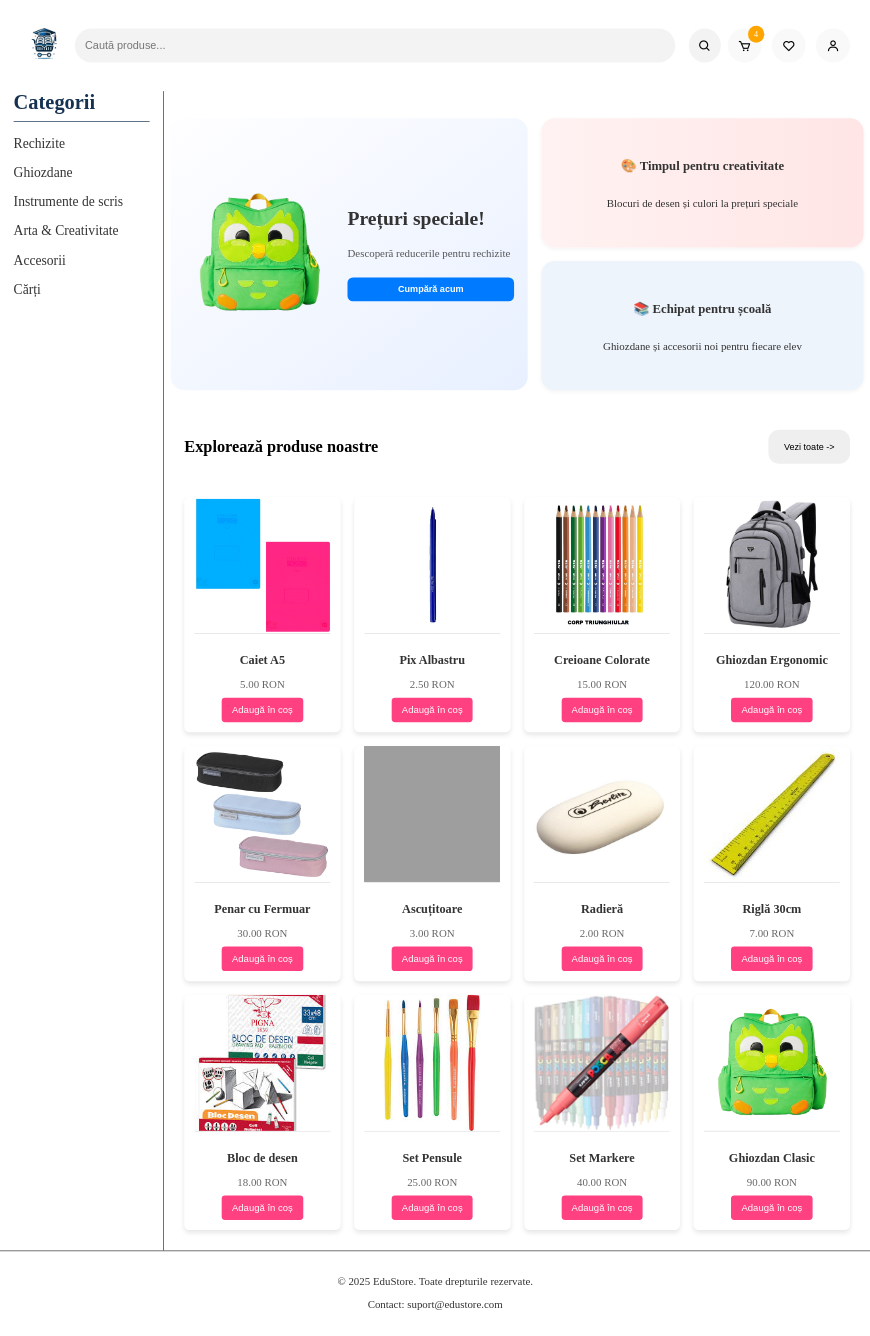
Repository: Roxana5504/WebDev-Project
Page: frontend/index.html
An editor plug-in stored every save of this project. The page is shown before and after the next save, followed by the edit.
The browser window is 1280 px wide. The pictures show the whole page, at 68% of full size.
Pictures or frames that could not be fetched are drawn as grey boxes.

Above is the page before, as saved 2025-04-23 16:55:01.

### frontend/index.html
<!DOCTYPE html>
<html lang="ro">
  <head>
    <meta charset="UTF-8" />
    <meta name="viewport" content="width=device-width, initial-scale=1.0" />
    <title>Căutare Produse</title>
    <link rel="stylesheet" href="/styles.css" />
    <link
      href="https://cdn.jsdelivr.net/npm/boxicons@2.1.4/css/boxicons.min.css"
      rel="stylesheet"
    />
  </head>

  <body>
    <header class="container-header">
      <div class="logo">
        <img src="/backend/images/logoDWS.png" alt="EduStore" />
      </div>

      <div class="search-bar">
        <button class="sidebar-toggle" id="sidebar-toggle">
          <i class="bx bx-menu"></i>
        </button>
        <input type="text" id="search-input" placeholder="Caută produse..." />
        <button class="search-btn" id="search-btn">
          <i class="bx bx-search"></i>
        </button>
      </div>

      <div class="header-icons">
        <div class="header-icon">
          <span class="cart-items">4</span>
          <i class="bx bx-cart"></i>
        </div>
        <div class="header-icon">
          <i class="bx bx-heart"></i>
        </div>
        <div class="header-icon profile">
          <i class="bx bx-user"></i>
        </div>
      </div>
    </header>

    <div class="main-content">
      <aside class="sidebar">
        <h2>Categorii</h2>
        <ul>
          <li>Rechizite</li>
          <li>Ghiozdane</li>
          <li>Instrumente de scris</li>
          <li>Arta & Creativitate</li>
          <li>Accesorii</li>
          <li>Cărți</li>
        </ul>
      </aside>

      <div class="container">
        <section class="banner">
          <div class="banner-left">
            <div class="banner-left-content">
              <div class="img-cont">
                <img src="/backend/images/gh.jpg" alt="Oferta specială" />
              </div>

              <div class="banner-text">
                <h2>Prețuri speciale!</h2>
                <p>Descoperă reducerile pentru rechizite</p>
                <button class="buy-now-btn" id="buy-now-btn">
                  Cumpără acum
                </button>
              </div>
            </div>
          </div>

          <div class="banner-right">
            <div class="banner-right-up">
              <h3>🎨 Timpul pentru creativitate</h3>
              <p>Blocuri de desen și culori la prețuri speciale</p>
            </div>
            <div class="banner-right-down">
              <h3>📚 Echipat pentru școală</h3>
              <p>Ghiozdane și accesorii noi pentru fiecare elev</p>
            </div>
          </div>
        </section>

        <section class="products">
          <div class="products-explore-line">
            <h2>Explorează produse noastre</h2>
            <button class="all-products-button">Vezi toate -></button>
          </div>
          <div id="product-list" class="product-list"></div>
        </section>
      </div>
    </div>
    <footer>
      <p>&copy; 2025 EduStore. Toate drepturile rezervate.</p>
      <p>Contact: suport@edustore.com</p>
    </footer>
    <script src="script.js"></script>
  </body>
</html>

### frontend/styles.css
/*CSS Roxana*/
html,
body {
  height: 100%;
  margin: 0;
  padding: 0;
}

.modal-overlay {
  position: fixed;
  top: 0;
  left: 0;
  right: 0;
  bottom: 0;
  background: rgba(0, 0, 0, 0.6);
  display: flex;
  align-items: center;
  justify-content: center;
  padding: 20px;
  z-index: 9999;
  overflow-y: auto;
  box-sizing: border-box;
}

.modal-content {
  display: flex;
  flex-direction: column;
  background: white;
  padding: 20px;
  border-radius: 10px;
  max-width: 800px;
  width: 100%;
  max-height: 90vh;
  overflow-y: auto;
  position: relative;
  box-sizing: border-box;
  align-items: center;
}

.modal-buttons {
  align-items: center;
  display: flex;
  gap: 10px;
  margin-top: 20px;
}

.modal-content button {
  background-color: black;
  color: white;
  font-weight: bold;
  border: none;
  padding: 12px 16px;
  border-radius: 5px;
}

.close-btn {
  position: absolute;
  top: 10px;
  right: 15px;
  font-size: 24px;
  cursor: pointer;
  color: red;
}

.modal-products {
  display: flex;
  flex-wrap: wrap;
  gap: 20px;
}

.modal-product-card {
  width: 200px;
  border: 1px solid #eee;
  border-radius: 10px;
  padding: 10px;
  text-align: center;
}

.modal-product-card img {
  max-width: 100%;
  height: auto;
  border-radius: 5px;
}

.container-header {
  padding: 30px;
  display: flex;
  align-items: center;
  justify-content: space-between;
  width: 100%;
  box-sizing: border-box;
  flex-wrap: wrap;
  gap: 10px;
}

.logo img {
  height: 70px;
  cursor: pointer;
}

.search-bar {
  flex: 1;
  gap: 20px;
  display: flex;
  align-items: center;
  position: relative;
  max-width: 1000px;
}

.search-btn {
  width: 50px;
  height: 50px;
  border-radius: 100%;
  border: none;
  background-color: #f3f3f3;
  display: flex;
  justify-content: center;
  align-items: center;
  cursor: pointer;
  font-size: 20px;
}

.search-bar input {
  min-width: 200px;
  width: 100%;
  height: 50px;
  padding: 10px 15px;
  border-radius: 50px;
  border: none;
  background-color: #f3f3f3;
  font-size: 16px;
  outline: none;
  box-sizing: border-box;
}

.header-icons {
  display: flex;
  align-items: center;
  gap: 15px;
}

.header-icon {
  position: relative;
  width: 50px;
  height: 50px;
  background-color: #f9f9f9;
  border-radius: 50%;
  display: flex;
  justify-content: center;
  align-items: center;
  cursor: pointer;
}

.header-icon i {
  font-size: 20px;
  color: black;
}

.cart-items {
  position: absolute;
  top: -4px;
  right: -4px;
  background-color: orange;
  color: white;
  font-size: 12px;
  border-radius: 100%;
  padding: 5px 9px;
}

.main-content {
  display: flex;
  flex: 1;
  box-sizing: border-box;
  justify-content: left;
}

.container {
  flex: 1;
  width: 100%;
  margin: 0px auto;
  display: flex;
  flex-direction: column;
  padding: 10px;
  max-width: 1200px;
  box-sizing: border-box;
  min-height: 100dvh;
  justify-content: flex-start;
}

.sidebar {
  max-width: 500px;
  position: relative;
  z-index: 99;
  width: 200px;
  padding: 0px 20px;
  transition: transform 0.3s ease;
  border-right: 1px solid;
  border-right: 1px solid rgb(22, 50, 82);
}

.sidebar h2 {
  font-size: 30px;
  font-weight: bold;
  margin-top: 0px;
  color: rgb(22, 50, 82);
  margin-bottom: 10px;
  padding-bottom: 10px;
  border-bottom: 1px solid rgb(22, 50, 82);
}

.sidebar ul {
  list-style: none;
  padding: 0;
  margin: 0;
}

.sidebar ul li {
  padding: 10px 0;
  font-size: 20px;
  color: #333;
  cursor: pointer;
  transition: color 0.3s ease;
}

.sidebar ul li:hover {
  color: #0d4e5a;
}

.sidebar-toggle {
  background: none;
  border: none;
  font-size: 25px;
  cursor: pointer;
  display: none;
}

.banner {
  display: flex;
  flex-wrap: wrap;
  gap: 20px;
  margin: 30px 0;
  width: 100%;
}

.banner-left {
  box-sizing: border-box;
  background: linear-gradient(to bottom right, #fefeff, #e8f0ff);
  border-radius: 20px;
  padding: 20px;
  position: relative;
  display: flex;
  align-items: center;
  justify-content: space-between;
  flex: 1 1 50%;
}

.banner-left-content {
  display: flex;
  gap: 20px;
  align-items: center;
  flex-wrap: wrap;
  width: 100%;
  max-width: 500px;
}

.banner-left-content img {
  width: 100%;
  max-width: 220px;
  height: auto;
  border-radius: 10px;
  object-fit: cover;
}

.banner-text {
  flex: 1;
  display: flex;
  flex-direction: column;
  gap: 10px;
}

.banner-text h2 {
  font-size: 1.8rem;
  color: #333;
  margin: 0;
}

.banner-text p {
  font-size: 1rem;
  color: #555;
}

.buy-now-btn {
  background-color: #007bff;
  color: white;
  border: none;
  padding: 10px 16px;
  border-radius: 8px;
  font-weight: bold;
  cursor: pointer;
  transition: background 0.3s ease;
}

.buy-now-btn:hover {
  background-color: #0056b3;
}

.banner-right {
  flex: 1 1 45%;
  display: flex;
  flex-direction: column;
  justify-content: space-between;
  gap: 20px;
  min-width: 300px;
}

.banner-right-up,
.banner-right-down {
  border-radius: 20px;
  padding: 20px;
  text-align: center;
  min-height: 150px;
  display: flex;
  flex-direction: column;
  justify-content: center;
  box-shadow: 0 2px 6px rgba(0, 0, 0, 0.05);
}

.banner-right-up {
  background: linear-gradient(to right, #fff2f2, #ffe5e5);
  color: #333;
}

.banner-right-down {
  background: #eef4fc;
  color: #333;
}

footer {
  text-align: center;
  padding: 20px;
  border-top: 1px solid #333;
  color: #333;
  background-color: white;
}

.products-explore-line {
  display: flex;
  justify-content: space-between;
  width: 100%;
  box-sizing: border-box;
  align-items: center;
  padding: 20px;
}

.all-products-button {
  border: none;
  border-radius: 16px;
  padding: 0px 10px;
  width: 120px;
  height: 50px;
  cursor: pointer;
}

@media (max-width: 768px) {
  .search-bar {
    gap: 10px;
    width: 100%;
    margin: 0px;
    order: 1;
    display: flex;
    justify-content: center;
  }

  .search-bar input {
    flex: 1;
    margin: 0 10px;
  }

  .banner {
    flex-direction: column;
  }

  .banner-left {
    width: 100%;
    flex: none;
  }

  .banner-right {
    flex-direction: row;
    flex-wrap: wrap;
    width: 100%;
    gap: 20px;
  }

  .banner-right-up,
  .banner-right-down {
    flex: 1 1 48%;
    min-width: 48%;
    padding: 15px;
  }
}

@media (max-width: 600px) {
  .modal-products {
    flex-direction: column;
    align-items: center;
  }

  .modal-product-card {
    width: 100%;
    max-width: 300px;
  }
  .sidebar {
    width: 30%;
    z-index: 99;
    transform: translateX(-100%);
    display: none;
  }

  .sidebar-toggle {
    display: block;
  }

  .sidebar.open {
    transform: translateX(0);
    display: block;
  }

  .sidebar h2 {
    font-size: 22px;
  }

  .sidebar ul li {
    font-size: 16px;
  }
}

/*Sfarsit CSS Roxana*/

.product-list {
  display: grid;
  grid-template-columns: repeat(auto-fit, minmax(220px, 1fr));
  gap: 20px;
  padding: 20px;
}

.product-card {
  background: white;
  border-radius: 8px;
  box-shadow: 0px 4px 8px rgba(0, 0, 0, 0.1);
  overflow: hidden;
  text-align: center;
  transition: transform 0.2s ease-in-out;
}

.product-card:hover {
  transform: scale(1.05);
}

.product-card img {
  width: 100%;
  height: 200px;
  object-fit: cover;
  border-bottom: 1px solid #ddd;
}

.product-card .product-info {
  padding: 15px;
}

.product-card h3 {
  font-size: 18px;
  margin: 10px 0;
  color: #333;
}

.product-card p {
  font-size: 16px;
  color: #666;
  margin-bottom: 10px;
}

.product-card button {
  background: #ff4081;
  color: white;
  border: none;
  padding: 10px 15px;
  border-radius: 5px;
  cursor: pointer;
  font-size: 14px;
  transition: background 0.3s;
}

.product-card button:hover {
  background: #e6006e;
}

@media (max-width: 768px) {
  .product-list {
    grid-template-columns: repeat(auto-fit, minmax(180px, 1fr));
  }
}

### frontend/script.js
//Roxana
document.addEventListener("DOMContentLoaded", function () {
  const categoryItems = document.querySelectorAll("aside li")
  const productList = document.getElementById("product-list")
  let products = []

  fetch("/products.json")
    .then((response) => {
      if (!response.ok) {
        throw new Error("Eroare la încărcarea fișierului products.json")
      }
      return response.json()
    })
    .then((data) => {
      products = data.products.map((product) => {
        const name = product.name.toLowerCase()
        let category = "altele"

        if (name.includes("ghiozdan")) category = "ghiozdane"
        else if (
          name.includes("pix") ||
          name.includes("creion") ||
          name.includes("marker") ||
          name.includes("pensul")
        )
          category = "arta-creativitate"
        else if (
          name.includes("radier") ||
          name.includes("ascuțitoare") ||
          name.includes("rigl")
        )
          category = "accesorii"
        else if (
          name.includes("caiet") ||
          name.includes("penar") ||
          name.includes("bloc")
        )
          category = "rechizite"

        return { ...product, category }
      })

      renderProducts()
    })
    .catch((error) => {
      console.error("Eroare la încărcare produse:", error)
    })

  function renderProducts() {
    productList.innerHTML = ""
    products.forEach((product) => {
      const productCard = document.createElement("div")
      productCard.classList.add("product-card")
      productCard.setAttribute("data-category", product.category)
      productCard.innerHTML = `
        <img src="${product.image}" alt="${
        product.name
      }" style="width: 200px; height: 200px; object-fit: cover;">
        <div class="product-info">
          <h3>${product.name}</h3>
          <p>${product.price.toFixed(2)} RON</p>
          <button>Adaugă în coș</button>
        </div>
      `
      productList.appendChild(productCard)
    })
  }

  categoryItems.forEach((item) => {
    item.addEventListener("click", function () {
      const category = this.textContent
        .trim()
        .toLowerCase()
        .replace(/\s+/g, "-")
      const productCards = document.querySelectorAll(".product-card")

      productCards.forEach((product) => {
        if (
          product.getAttribute("data-category") === category ||
          category === "toate"
        ) {
          product.style.display = "flex"
        } else {
          product.style.display = "none"
        }
      })
    })
  })
})

document.getElementById("search-btn").addEventListener("click", () => {
  const query = document.getElementById("search-input").value.trim()

  fetch(`/products/${query}`)
    .then((res) => {
      if (!res.ok) throw new Error("Server error: " + res.status)
      return res.json()
    })
    .then((data) => {
      if (data.length > 0) {
        showModalWithProducts(data)
      } else {
        showNoProductFoundModal(query)
      }
    })
    .catch((err) => {
      console.error("Eroare:", err)
    })
})

document.getElementById("buy-now-btn").addEventListener("click", () => {
  const query = "Ghiozdan Clasic"
  fetch(`/products/${query}`)
    .then((res) => {
      if (!res.ok) throw new Error("Server error: " + res.status)
      return res.json()
    })
    .then((data) => {
      if (data.length > 0) {
        showModalWithProducts(data)
      } else {
        showNoProductFoundModal(query)
      }
    })
    .catch((err) => {
      console.error("Eroare:", err)
    })
})

function showModalWithProducts(products) {
  let modalHTML = `
      <div id="product-modal" class="modal-overlay">
        <div class="modal-content">
          <span class="close-btn" onclick="closeModal()">&times;</span>
          <h2>Rezultate Căutare</h2>
          <div class="modal-products">
    `

  products.forEach((product) => {
    modalHTML += `
        <div class="modal-product-card">
          <img src="${product.image}" alt="${product.name}" />
          <h3>${product.name}</h3>
          <p>Preț: ${product.price} lei</p>
          <p>Cantitate: ${product.quantity ?? "Nespecificat"}</p>
        </div>
      `
  })

  modalHTML += `
          </div>
        </div>
      </div>
    `

  document.body.insertAdjacentHTML("beforeend", modalHTML)
}

function showNoProductFoundModal(query) {
  const modalHTML = `
      <div id="product-modal" class="modal-overlay">
        <div class="modal-content">
          <span class="close-btn" onclick="closeModal()">&times;</span>
          <h2>Produs negăsit</h2>
          <p>Nu am găsit produsul <strong>"${query}"</strong>.</p>
          <p>Dorești să îl adaugi în magazin?</p>
          <div class="modal-buttons">
          <button onclick="openAddProductForm('${query}')">Adaugă produs</button>
          <button onclick="closeModal()">Încearcă din nou</button></div>
        </div>
      </div>
    `
  document.body.insertAdjacentHTML("beforeend", modalHTML)
}

function closeModal() {
  const modal = document.getElementById("product-modal")
  if (modal) modal.remove()
}

const sidebarToggle = document.getElementById("sidebar-toggle")
const sidebar = document.querySelector(".sidebar")

sidebarToggle.addEventListener("click", () => {
  sidebar.classList.toggle("open")
})
//Sfarsit cod Roxana

### backend/products.json
{
  "products": [
    { "name": "Caiet A5", "price": 5.0, "image": "/backend/images/caiet.jpg" },
    {
      "name": "Pix Albastru",
      "price": 2.5,
      "image": "/backend/images/pix.jpg",
      "quantity": 20
    },
    {
      "name": "Creioane Colorate",
      "price": 15.0,
      "image": "/backend/images/creioane.jpg",
      "quantity": 20
    },
    {
      "name": "Ghiozdan Ergonomic",
      "price": 120.0,
      "image": "/backend/images/ghiozdan.jpg",
      "quantity": 20
    },
    {
      "name": "Penar cu Fermuar",
      "price": 30.0,
      "image": "/backend/images/penar.jpg",
      "quantity": 20
    },
    {
      "name": "Ascuțitoare",
      "price": 3.0,
      "image": "/backend/images/ascutitoare.jpg",
      "quantity": 20
    },

    {
      "name": "Radieră",
      "price": 2.0,
      "image": "/backend/images/radiera.jpg",
      "quantity": 20
    },
    {
      "name": "Riglă 30cm",
      "price": 7.0,
      "image": "/backend/images/rigla.jpg",
      "quantity": 20
    },
    {
      "name": "Bloc de desen",
      "price": 18.0,
      "image": "/backend/images/blocdesen.jpg",
      "quantity": 20
    },
    {
      "name": "Set Pensule",
      "price": 25.0,
      "image": "/backend/images/pensule.jpg",
      "quantity": 20
    },
    {
      "name": "Set Markere",
      "price": 40.0,
      "image": "/backend/images/markere.jpg",
      "quantity": 20
    },
    {
      "name": "Ghiozdan Clasic",
      "price": 90.0,
      "image": "/backend/images/gh.jpg",
      "quantity": 20
    }
  ]
}

After the next save:
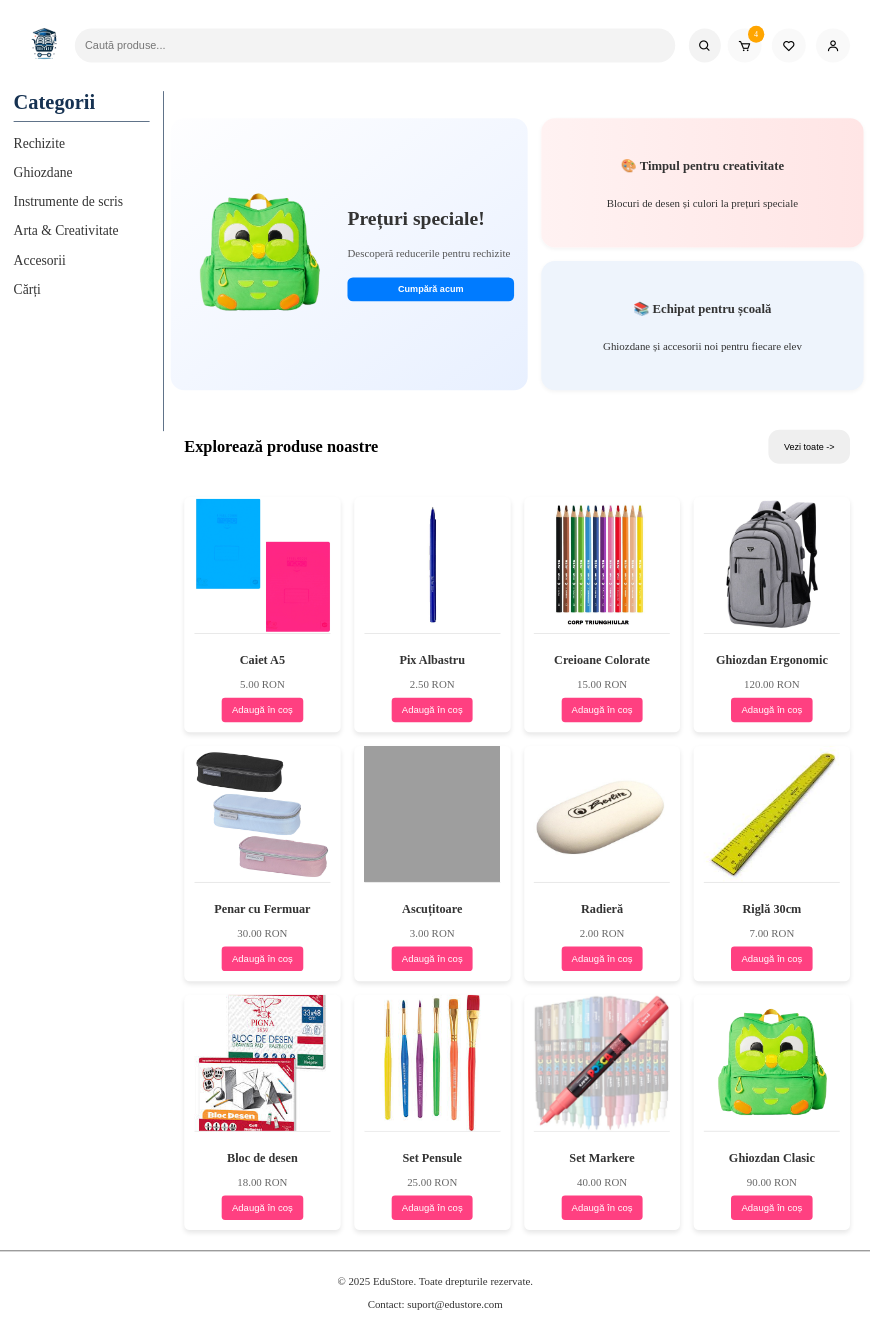
Saved 9 s later.
--- a/frontend/styles.css
+++ b/frontend/styles.css
@@ -188,7 +188,7 @@ body {
 }
 
 .sidebar {
-  max-width: 500px;
+  max-height: 500px;
   position: relative;
   z-index: 99;
   width: 200px;
